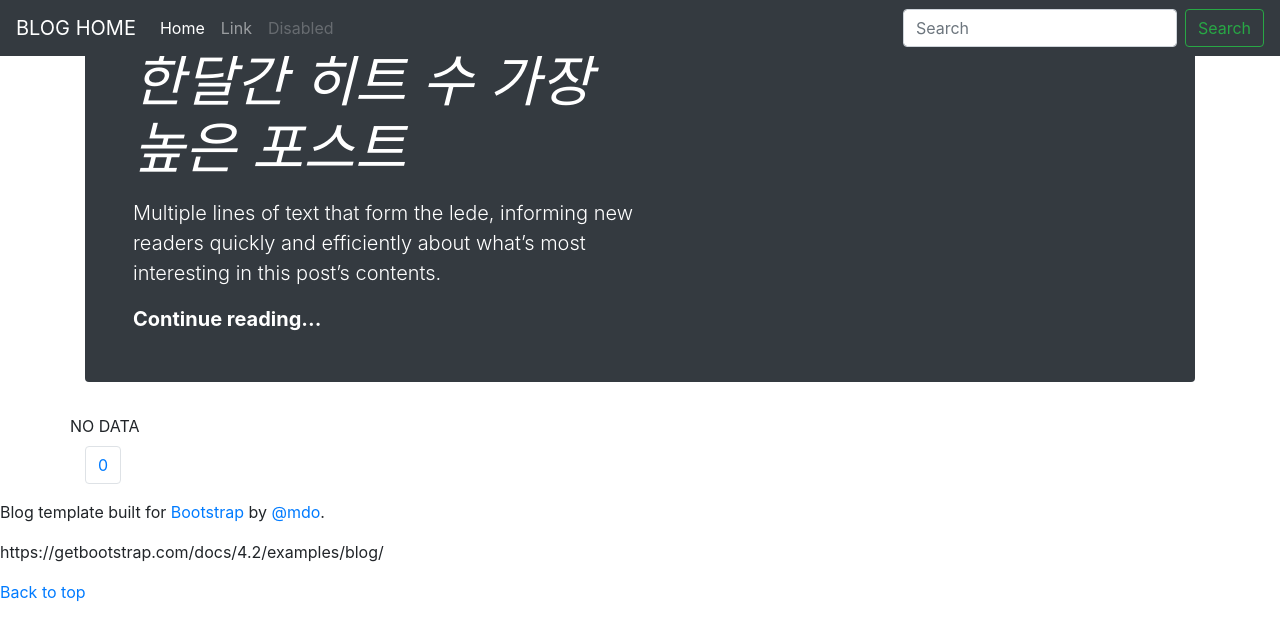
Repository: agitated-deduction/myBlog
Page: http://localhost/myblog/WEB-INF/views/board/main.jsp
The author's editor kept a copy of each file at every save. The page is drawn from the files as they stood at one save, then again after the next save.
The browser window is 1280 px wide. The pictures show the whole page.
Some web libraries are served in a nearby version. The page is served by Tomcat 9. Nobody is signed in. Other server files are loaded and not shown. The template is opened directly, without the code that normally fills it, so the values that code supplies are empty.

Above is the page before, as saved 2020-09-01 14:23:51.

### myblog/src/main/webapp/WEB-INF/views/board/main.jsp
<%@ page language="java" contentType="text/html; charset=UTF-8" pageEncoding="UTF-8"%>
<%@ taglib prefix="c" uri="http://java.sun.com/jsp/jstl/core" %>
<%@include file = "../common/header.jsp" %>
<!DOCTYPE html>

<html>
<head>
<meta charset="UTF-8">
<!-- Bootstrap CSS -->
<link rel="stylesheet" href="https://stackpath.bootstrapcdn.com/bootstrap/4.2.1/css/bootstrap.min.css" integrity="sha384-GJzZqFGwb1QTTN6wy59ffF1BuGJpLSa9DkKMp0DgiMDm4iYMj70gZWKYbI706tWS" crossorigin="anonymous">

<title>board</title>
</head>

<body>
	<div class = "container">
	<nav class="navbar navbar-expand-md navbar-dark fixed-top bg-dark">
  <a class="navbar-brand" href="${contextPath }/board">BLOG HOME</a>
  <button class="navbar-toggler collapsed" type="button" data-toggle="collapse" data-target="#navbarCollapse" aria-controls="navbarCollapse" aria-expanded="false" aria-label="Toggle navigation">
    <span class="navbar-toggler-icon"></span>
  </button>
  <div class="navbar-collapse collapse" id="navbarCollapse" style="">
    <ul class="navbar-nav mr-auto">
      <li class="nav-item active">
        <a class="nav-link" href="#">Home <span class="sr-only">(current)</span></a>
      </li>
      <li class="nav-item">
        <a class="nav-link" href="#">Link</a>
      </li>
      <li class="nav-item">
        <a class="nav-link disabled" href="#">Disabled</a>
      </li>
    </ul>
    <form class="form-inline mt-2 mt-md-0">
      <input class="form-control mr-sm-2" type="text" placeholder="Search" aria-label="Search">
      <button class="btn btn-outline-success my-2 my-sm-0" type="submit">Search</button>
    </form>
  </div>
</nav>
  <div class="jumbotron p-3 p-md-5 text-white rounded bg-dark">
    <div class="col-md-6 px-0">
      <h1 class="display-4 font-italic">한달간 히트 수 가장 높은 포스트</h1>
      <p class="lead my-3">Multiple lines of text that form the lede, informing new readers quickly and efficiently about what’s most interesting in this post’s contents.</p>
      <p class="lead mb-0"><a href="#" class="text-white font-weight-bold">Continue reading...</a></p>
    </div>
  </div>
	<div class = "row mb-2">
		<c:choose>
				<c:when test="${empty boardList }" >
					NO DATA
				</c:when>
		<c:when test="${!empty boardList}">
				<c:forEach var="list" items="${boardList}">
				<div class="col-md-6">
      <div class="card flex-md-row mb-4 shadow-sm h-md-250">
        <div class="card-body d-flex flex-column align-items-start">
          <strong class="d-inline-block mb-2 text-primary">${list.writer }</strong>
          <h3 class="mb-0">
            <a class="text-dark" href="#"onclick = 'viewPost("${list.writer}", ${list.idx })'><c:out value="${list.title}"/></a>
          </h3>
          <div class="mb-1 text-muted"><c:out value="${list.date}"/></div>
          <p class="card-text mb-auto"><c:out value="${list.content}"/>
        </div>
         </div>
    </div>

		</c:forEach>
		</c:when>
		</c:choose>
	</div>
	<div id = "paginationBox">
	<ul class = "pagination">
		<c:if test = "${pagination.prev }">
		<li class = "page-item"><a class="page-link" href="#" onClick="prevBtn('${pagination.curPage}', ${pagination.startPage}, '${pagination.pageCnt}')">
		Prev</a></li>
		</c:if>

		<c:forEach begin="${pagination.startPage}" end="${pagination.endPage}" var="index">
			<li class="page-item <c:out value="${pagination.curPage == index ? 'active' : ''}"/> "><a class="page-link" href="#" onClick="pagination('${index}', '${pagination.pageCnt}', '', '')"> ${index} </a></li>
		</c:forEach>
			<c:if test="${pagination.next}">
				<li class="page-item"><a class="page-link" href="#" onClick="nextBtn('${pagination.curPage}', ${pagination.endPage}, '${pagination.pageCnt}')"> Next</a></li>
	</c:if>


	</ul>
	</div>
	</div>
	<footer class="blog-footer">
  <p>Blog template built for <a href="https://getbootstrap.com/">Bootstrap</a> by <a href="https://twitter.com/mdo">@mdo</a>.</p>
  <p>https://getbootstrap.com/docs/4.2/examples/blog/</p>

  <p>
    <a href="#">Back to top</a>
  </p>
</footer>
 <script src="https://code.jquery.com/jquery-3.3.1.slim.min.js" integrity="sha384-q8i/X+965DzO0rT7abK41JStQIAqVgRVzpbzo5smXKp4YfRvH+8abtTE1Pi6jizo" crossorigin="anonymous"></script>
 <script>window.jQuery || document.write('<script src="/docs/4.2/assets/js/vendor/jquery-slim.min.js"><\/script>')</script>
 <script>
 function viewPost(id, idx){
		var url = "${contextPath}/"+id+"/"+idx;
		location.href = url;
	}
 function prevBtn(curPage, startPage, pageCnt){
	 var curPage = startPage-1;
	 var url = "${contextPath}/board?curPage="+curPage;
	 location.href = url;
 }
 function nextBtn(curPage, endPage, pageCnt){
	 var curPage = endPage+1;
	 var url = "${contextPath}/board?curPage="+curPage;
	 location.href = url;
 }
 function pagination(curPage, pageCnt, searchBy, keyword){
	 var url = "${contextPath}/board?curPage="+curPage;
	 location.href = url;
 }
 </script>
</body>

</html>

### myblog/src/main/webapp/WEB-INF/views/common/header.jsp
<%@ page language="java" contentType="text/html; charset=UTF-8"
    pageEncoding="UTF-8"%>
    <%@ taglib prefix="c" uri="http://java.sun.com/jsp/jstl/core" %>
<!DOCTYPE html>
<html>
<head>
<meta charset="UTF-8">
<!-- Bootstrap CSS -->
<script src="https://code.jquery.com/jquery-1.12.4.min.js"></script>
<link rel="stylesheet" href="https://stackpath.bootstrapcdn.com/bootstrap/4.2.1/css/bootstrap.min.css" integrity="sha384-GJzZqFGwb1QTTN6wy59ffF1BuGJpLSa9DkKMp0DgiMDm4iYMj70gZWKYbI706tWS" crossorigin="anonymous">

<script src="https://code.jquery.com/jquery-1.12.4.min.js"></script>
<c:set var = "contextPath" value = "<%=request.getContextPath() %>"></c:set>
</head>

</html>

After the next save:
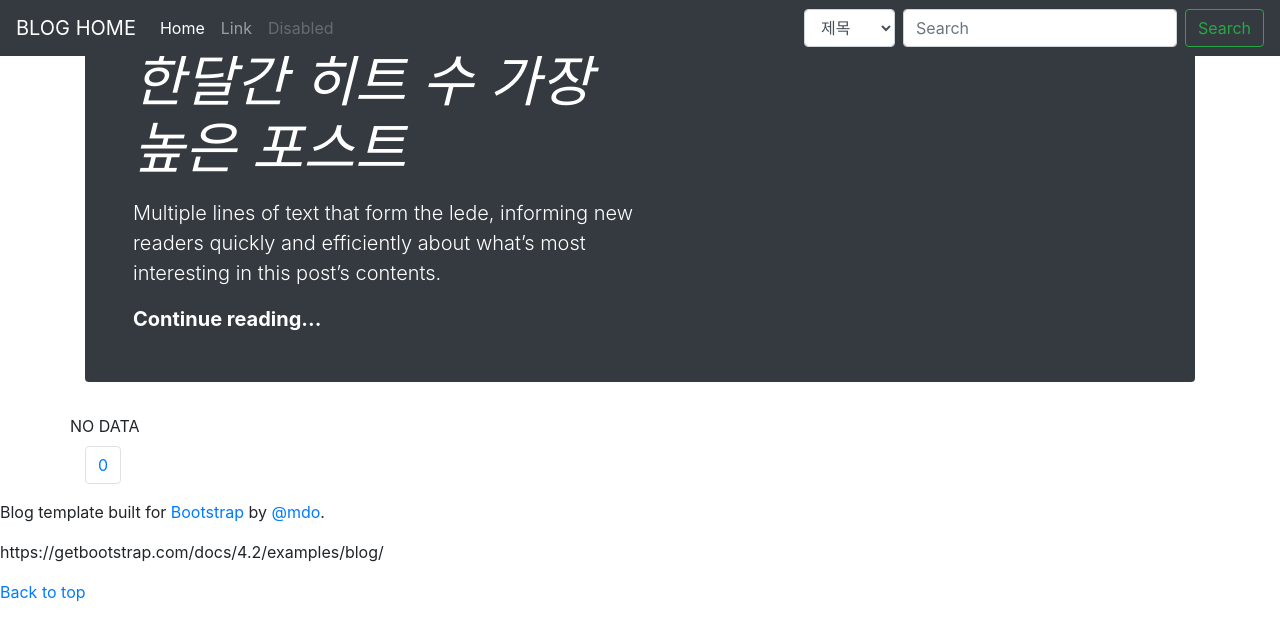
Saved 17 h 29 min later.
--- a/myblog/src/main/webapp/WEB-INF/views/board/main.jsp
+++ b/myblog/src/main/webapp/WEB-INF/views/board/main.jsp
@@ -32,7 +32,12 @@
       </li>
     </ul>
     <form class="form-inline mt-2 mt-md-0">
-      <input class="form-control mr-sm-2" type="text" placeholder="Search" aria-label="Search">
+    	<select class = "form-control mr-sm-2" name = "searchBy" id = "searchBy">
+    		<option value = "title">제목</option>
+    		<option value = "content">내용</option>
+    		<option value = "writer">작성자</option>
+    	</select>
+      <input class="form-control mr-sm-2" type="text" placeholder="Search" name = "keyword" id = "keyword">
       <button class="btn btn-outline-success my-2 my-sm-0" type="submit">Search</button>
     </form>
   </div>
